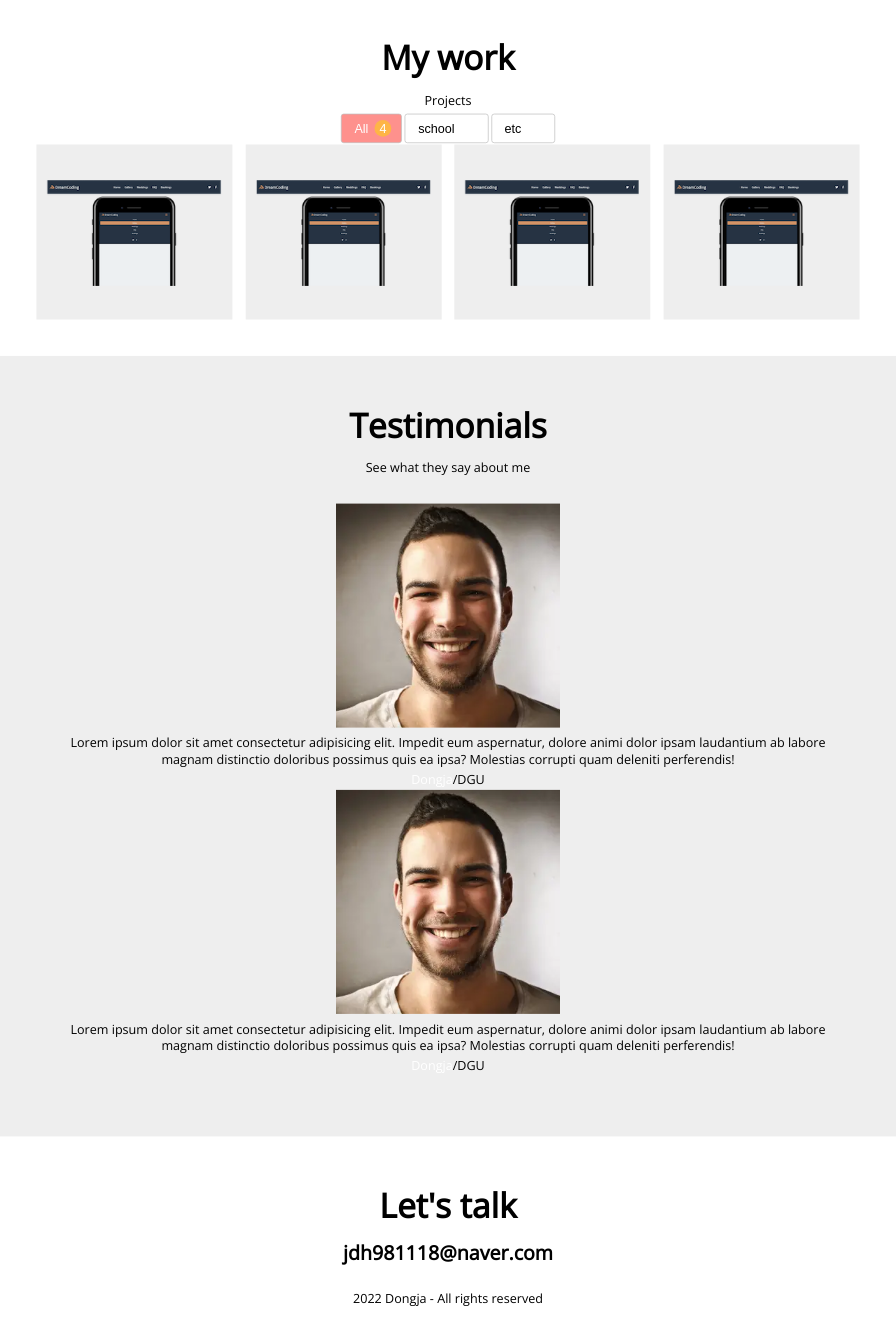
Repository: DongjaJ/portfolio
Page: index.html
An editor plug-in stored every save of this project. The page is shown before and after the next save, followed by the edit.
The browser window is 1280 px wide. The pictures show the part of the page from y = 2259 to 4179 px (the page is 4179 px tall before and 4005 px after), at 70% of full size.
Some web libraries are served in a nearby version.

Above is the page before, as saved 2022-06-15 21:11:29.

### index.html
<!DOCTYPE html>
<html lang="en">
<head>
	<meta charset="UTF-8">
	<meta http-equiv="X-UA-Compatible" content="IE=edge">
	<meta name="viewport" content="width=device-width, initial-scale=1.0">
	<title>Dongja's Portfolio</title>
	<meta name ="description" content= "Portfolio for Dongja">
	<meta name ="author" content= "Dongja">
	<link rel="icon" type ="image/png" href="imgs/favicon.png"/>
	<script
		src="https://kit.fontawesome.com/4d499a68c2.js"
		crossorigin="anonymous"
	></script>
	<link rel="preconnect" href="https://fonts.googleapis.com">
	<link rel="preconnect" href="https://fonts.gstatic.com" crossorigin>
	<link href="https://fonts.googleapis.com/css2?family=Open+Sans:ital,wght@0,400;1,600;1,700&display=swap" rel="stylesheet">
	<link rel = "stylesheet" href="style.css"/>
	<script src ="main.js" defer></script>
</head>
<body>
	<!-- Navbar -->
	<nav id="navbar">
		<div class="navbar__logo">
			<i class="fa-solid fa-ice-cream"></i>
			<a href="#">Dongja</a>
		</div>
		<ul class="navbar__menu">
			<li class="navbar__menu__item active">Home</li>
			<li class="navbar__menu__item">About</li>
			<li class="navbar__menu__item">Skills</li>
			<li class="navbar__menu__item">Work</li>
			<li class="navbar__menu__item">Testimonials</li>
			<li class="navbar__menu__item">Contact</li>
		</ul>
	</nav>
	<!-- Home -->
	<section id="home">
		<img src="imgs/dragon-solid.png"
			alt="dongja's profile photo"
			class="home__avatar"/>
		<h1 class="home__title">Hello, <br/>I'm donghwan</h1>
		<h2 class="home__description">developer for full stack</h2>
		<button class="home__contact">Contact me</button>
	</section>
	<!-- About -->
	<section id="about" class="section section__container">
		<h1>About me</h1>
		<p>I studied C++,C. I am Studying frontend.
			And I want to study Backend!<br/>
			I'm studying react for frontend,
			and I want to study node.js for backend.
		</p>
		<div class="about__major">
			<div class="major">
				<div class="major__icon">
					<i class="fa-solid fa-c"></i>
				</div>
				<h2 class="major__title">C</h2>
				<div class="__major__description">C,C++</div>
			</div>
			<div class="major">
				<div class="major__icon">
					<i class="fa-brands fa-js"></i>
				</div>
				<h2 class="major__title">Frontend</h2>
				<div class="__major__description">Html, css, javascript</div>
			</div>
			<div class="major">
				<div class="major__icon">
					<i class="fa-brands fa-node"></i>
				</div>
				<h2 class="major__title">Backend</h2>
				<div class="__major__description">python, node.js</div>
			</div>
		</div>
		<div class="about__school" >
			<div class="school">
				<img src="/imgs/school.png" alt="logo-dongguk university" class="school__logo">
				<div class="school__description">
					<div class="school_name">dongguk university</div>
				<div class="school_period">4years</div>
				</div>
			</div>
		</div>
		<div class="about__school">
			<div class="school">
				<img src="/imgs/flower.png" alt="logo-dongguk university" class="school__logo">
				<div class="school__description">
					<div class="school_name">dongguk university</div>
				<div class="school_period">4years</div>
				</div>
			</div>
		</div>
	</section>
	<!-- Skills -->
	<section id="skills" class="section">
		<div class="section__container">
			<h1>Skills</h1>
			<h2>Skills & Attribute</h2>
			<p>
				Experience with all phase of the software. I want to learning
				new technologies. Ability to plan document and time
			</p>
			<div class="skillset">
				<div class="skillset_left">
					<h3 class="skillset_title">Skills</h3>
					<div class="skill">
						<div class="skill_description">
							<span>HTML</span>
							<span>50%</span>
						</div>
						<div class="skill_bar">
							<div class="skill_value" style="width: 50%;"></div>
						</div>
					</div>
					<div class="skill">
						<div class="skill_description">
							<span>Pythom</span>
							<span>50%</span>
						</div>
						<div class="skill_bar">
							<div class="skill_value" style="width: 50%;"></div>
						</div>
					</div>
					<div class="skill">
						<div class="skill_description">
							<span>CSS</span>
							<span>50%</span>
						</div>
						<div class="skill_bar">
							<div class="skill_value" style="width: 50%;"></div>
						</div>
					</div>
					<div class="skill">
						<div class="skill_description">
							<span>Javascript</span>
							<span>50%</span>
						</div>
						<div class="skill_bar">
							<div class="skill_value" style="width: 50%;"></div>
						</div>
					</div>
				</div>
				<div class="skillset_right">
					<div class="tools">
						<h3 class="skillset_title">tools</h3>
						<ul class="tools__list">
							<li><span>Visual Studio Code</span></li>
							<li><span>Vim</span></li>
							<li><span>Juypter notebook</span></li>
						</ul>
					</div>
					<div class="etc">
						<h3 class="skillset_title">etc</h3>
						<ul class="ec__list">
							<li><span>Git</span></li>
							<li><span>Slack</span></li>
							<li><span>Notion</span></li>
						</ul>
					</div>
				</div>
			</div>
		</div>
	</section>
	<!-- Work -->
	<section id="work" class="section">
		<h1>My work</h1>
		<h3>Projects</h3>
		<div class="work__categories">
			<button class="category__btn active">All <span class="category__count">4</span></button>
			<button class="category__btn">school <span class="category__count">2</span></button>
			<button class="category__btn">etc <span class="category__count">2</span></button>
		</div>
		<div class="work__projects">
			<a
			href="https://github.com/DongjaJ"
			class="project"
			target="blank"
			>
			<img src="imgs/navbar-200518-191508.webp" alt="" class="project__img">
			<div class="project__description">
				<h3>Sample site</h3>
				<span>Clone coding with portfolio</span>
			</div>
		</a>
		<a
		href="https://github.com/DongjaJ"
		class="project"
		target="blank"
		>
		<img src="imgs/navbar-200518-191508.webp" alt="" class="project__img">
		<div class="project__description">
			<h3>Sample site</h3>
			<span>Clone coding with portfolio</span>
		</div>
		</a>
		<a
	href="https://github.com/DongjaJ"
	class="project"
	target="blank"
	>
	<img src="imgs/navbar-200518-191508.webp" alt="" class="project__img">
	<div class="project__description">
		<h3>Sample site</h3>
		<span>Clone coding with portfolio</span>
	</div>
		</a>
		<a
href="https://github.com/DongjaJ"
class="project"
target="blank"
>
<img src="imgs/navbar-200518-191508.webp" alt="" class="project__img">
<div class="project__description">
	<h3>Sample site</h3>
	<span>Clone coding with portfolio</span>
</div>
		</a>
		</div>
	</section>

	<!-- Testimonials -->
	<section id="testimonials" class="section">
	<h1>Testimonials</h1>
	<h3>See what they say about me</h3>
	<div class="testimonials">
		<div class="testimonial">
			<img
			src="imgs/people1-200515-154332.webp"
			alt="People"
			class="testimonial__avatar"
			>
			<div class="testimonial__speech-bubble">
				<p>Lorem ipsum dolor sit amet consectetur adipisicing elit. Impedit eum aspernatur, dolore animi dolor ipsam laudantium ab labore magnam distinctio doloribus possimus quis ea ipsa? Molestias corrupti quam deleniti perferendis!</p>
				<p class="name"><a href="">Dongja</a>/DGU</p>
			</div>
		</div>
		<div class="testimonial">
			<img
			src="imgs/people1-200515-154332.webp"
			alt="People"
			class="testimonial__avatar"
			>
			<div class="testimonial__speech-bubble">
				<p>Lorem ipsum dolor sit amet consectetur adipisicing elit. Impedit eum aspernatur, dolore animi dolor ipsam laudantium ab labore magnam distinctio doloribus possimus quis ea ipsa? Molestias corrupti quam deleniti perferendis!</p>
				<p class="name"><a href="">Dongja</a>/DGU</p>
			</div>
		</div>
	</div>
</section>
	<!-- Contact -->
	<section id="contact" class="section">
		<h1 class="contact__title">Let's talk</h1>
		<h2 class="class__email">jdh981118@naver.com</h2>
		<div class="contact__links">
			<a href="https://github.com/DongjaJ">
				<i class="fa-brands fa-github"></i>
			</a>
			<p class="contact__rights">
				2022 Dongja - All rights reserved
			</p>
		</div>
	</section>
</body>
</html>

### style.css
/* Global */
:root{
	/* Color */
	--color-white: #ffffff;
	--color-light-white: #eeeeee;
	--color-dark-white: #bdbdbd;
	--color-pink: #fe918d;
	--color-dark-pink: #ff6863;
	--color-dark-grey: #4d4d4d;
	--color-grey: #616161;
	--color-light-grey: #7c7979;
	--color-blue: #73aace;
	--color-yellow: #fff7d1;
	--color-orange: #feb546;
	--color-black: #000000;
	/* Font size */
	--font-large: 48px;
	--font-medium: 28px;
	--font-regular: 18px;
	--font-small: 16px;
	--font-micro: 14px;
	/* Font weight */
	--weight-bold: 700;
	--weight-semi-bold:600;
	--weight-regular:400;

	/* Size */
	--size-border-radius: 4px;

	/* Animation */
	--animation-delay: 300ms;
}

/* Universal tags */
*{
	box-sizing: border-box;
}

body {
	margin: 0;
	font-family: 'Open Sans', sans-serif;
	cursor: default;
}

a{
	text-decoration: none;
	color: var(--color-white);
}

ul{
	padding-left: 0;
}

li{
	list-style: none;
}

button{
	background: transparent;
	cursor: pointer;
	border: none;
	outline: none;
}

/* Typography */
h1 {
	font-size: var(--font-large);
	font-weight: var(--weight-bold);
	color: var(--color-black);
	margin: 16px 0px;
}

h2{
	font-size: var(--font-medium);
	font-weight: var(--weight-semi-bold);
	color: var(--color-black);
	margin: 8px 0px;
}

h3{
	font-size: var(--font-regular);
	font-weight: var(--weight-regular);
	color: var(--color-black);
	margin: 8px 0;
}

p{
	font-size: var(--font-regular);
	font-weight: var(--font-regular);
	color: var(--color-black);
	margin: 4px 0;
}

/* navbar */
#navbar{
	display: flex;
	justify-content: space-between;
	background-color: var(--color-pink);
	align-items: center;
	color: var(--color-white);
	padding: 16px;
}

.navbar__logo{
	font-size: var(--font-medium);
	font-weight: var(--weight-semi-bold);
}

.navbar__menu{
	display: flex;
}

.navbar__menu__item{
	padding: 8px 12px;
	margin: 0 4px ;
	cursor: pointer;
	border-radius: var(--size-border-radius);
}
.navbar__menu__item.active{
	border: 1px solid var(--color-white);
}

.navbar__menu__item:hover{
	background-color: var(--color-dark-pink);
}

/* Home */
#home{
	background: url("imgs/homebackground-200515-154505.webp") center/cover no-repeat;
	padding: 40px;
	text-align: center;
}

.home__avatar{
	width: 250px;
	height: 250px;
	border-radius: 50%;
	border: 2px solid var(--color-light-white);
}

.home__title,
.home__description{
	color: var(--color-white);
}

.home__contact{
	color: var(--color-white);
	font-size: var(--font-regular);
	font-weight: var(--weight-bold);
	margin: 24px;
	padding: 8px 12px;
	border: 2px solid var(--color-white);
	border-radius: var(--size-border-radius);
}

/* section common */
.section{
	padding: 50px;
	text-align: center;
	margin: auto;
}

.section__container{
	max-width: 1200px;
}

/* about */
.about__major{
	display: flex;
	justify-content: space-between;
	margin: 80px 0;
}

.major__icon{
	width: 170px;
	height: 170px;
	font-size: 70px;
	line-height: 170px;
	margin: auto;
	border: 1px solid var(--color-blue);
	border-radius: 50%;
	margin-bottom: 16px;
	color: var(--color-blue);
}

.major__icon i:hover{
	color: var(--color-pink);
	transform: rotate(-30deg) scale(1.1);
}

.major__icon i{
	transition: all var(--animation-delay) ease;
}

.major__title, .__major__description{
	color: var(--color-dark-grey);
}

.__major__description{
	font-size: var(--font-small);
}

.school{
	display: flex;
	align-items: center;
}

.school__description{
	margin: 0 16px;
	text-align: left;
}

.school_name, .school_period{
	color: var(--color-light-grey);
}

.school_name{
font-size: var(--font-small);
}

.school_period{
font-size: var(--font-micro);
}

.school__logo{
	width: 100px;
	height: 100px;
}

#skills{
	background-color: var(--color-yellow);
}

.skillset{
	display: flex;
	background-color: var(--color-light-grey);
	color: var(--color-light-white);
	margin: 20px 0;
}

.skillset_title{
	color: var(--color-white);
}

.skillset_left{
	flex-basis: 60%;
	background-color: var(--color-dark-grey);
	padding: 20px 40px;
}

.skill{
	margin-bottom: 32px;
}

.skill_value{
	height: 3px;
	background-color: var(--color-orange);
}

.skill_description{
	display: flex;
	justify-content: space-between;
}

.skill_bar{
	width: 100%;
	height: 3px;
	background-color: var(--color-grey);
}

.skillset_right{
	flex-basis: 40%;
}

.tools{
	background-color: var(--color-grey);
}

.tools, .etc{
	padding: 20px;
}

.category__btn{
	border: solid 1px var(--color-dark-white);
	border-radius: var(--size-border-radius);
	font-size: var(--font-regular);
	padding: 8px 18px;
}

.category__btn.active,
.category__btn:hover{
	background-color: var(--color-pink);
	color: var(--color-white);
}

.category__btn.active .category__count,
.category__btn:hover .category__count{
	opacity: 1;
	top: 0;
}

.category__count{
	background-color: var(--color-orange);
	border-radius: 50%;
	color: var(--color-white);
	width: 24px;
	height: 24px;
	line-height: 24px;
	display: inline-block;
	position: relative;
	top: -20px;
	left: 4px;
	opacity: 0;
	transition: all var(--animation-delay) ease-in;
}

.work__projects{
	display: flex;
	flex-wrap: wrap;
	justify-content: space-between;
}

.project{
	position: relative;
	width: 280px;
	height: 250px;
	margin: 2px;
	background-color: var(--color-light-white);
	display: flex;
	justify-content: center;
	align-items: center;
}

.project__img{
	max-width: 100%;
	max-height: 100%;
}

.project__description{
	position: absolute;
	top: 0;
	left: 0;
	display: flex;
	background-color: var(--color-black);
	flex-direction: column;
	justify-content: center;
	width: 100%;
	height: 100%;
	opacity: 0;
	transform: translateY(10px);
	transition: all var(--animation-delay) ease-in;
}

.project:hover .project__description{
	transform: translateY(0px);
	opacity: 0.8;
}

.project__description h3{
	color: var(--color-white);
}

.project__description h3:after{
	content: '';
	display: block;
	position: relative;
	left: 50%;
	width: 25px;
	height: 2px;
	margin-left: -12px;
	margin-top: 8px;
	background-color: var(--color-dark-white);
}

/* Testimonial */
#testimonials{
	background-color: var(--color-light-white);
}

.testimonials{
	margin: 40px;
}

Loaded but not shown: main.js (no stored copy; drawn as an empty file)

After the next save:
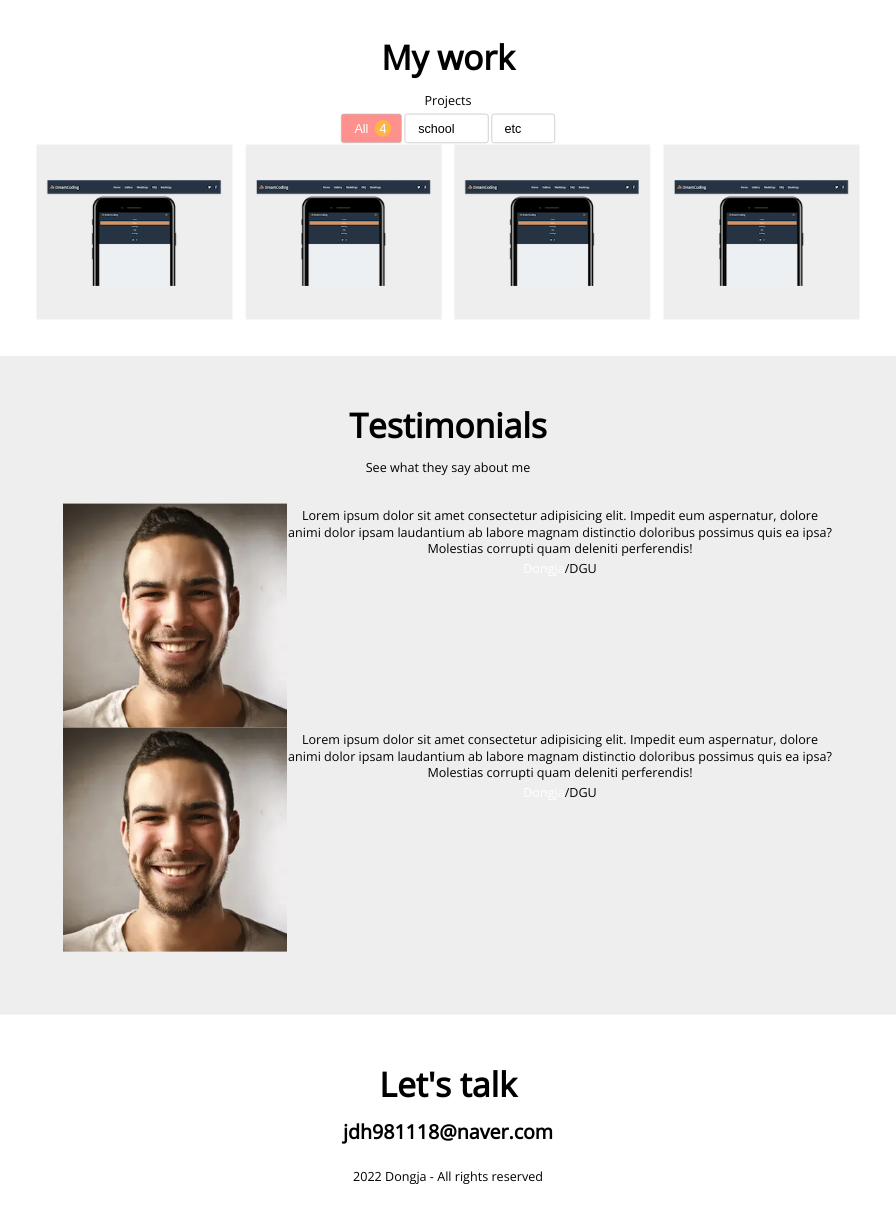
Saved 22 s later.
--- a/style.css
+++ b/style.css
@@ -380,3 +380,7 @@
 .testimonials{
 	margin: 40px;
 }
+
+.testimonial{
+	display: flex;
+}
